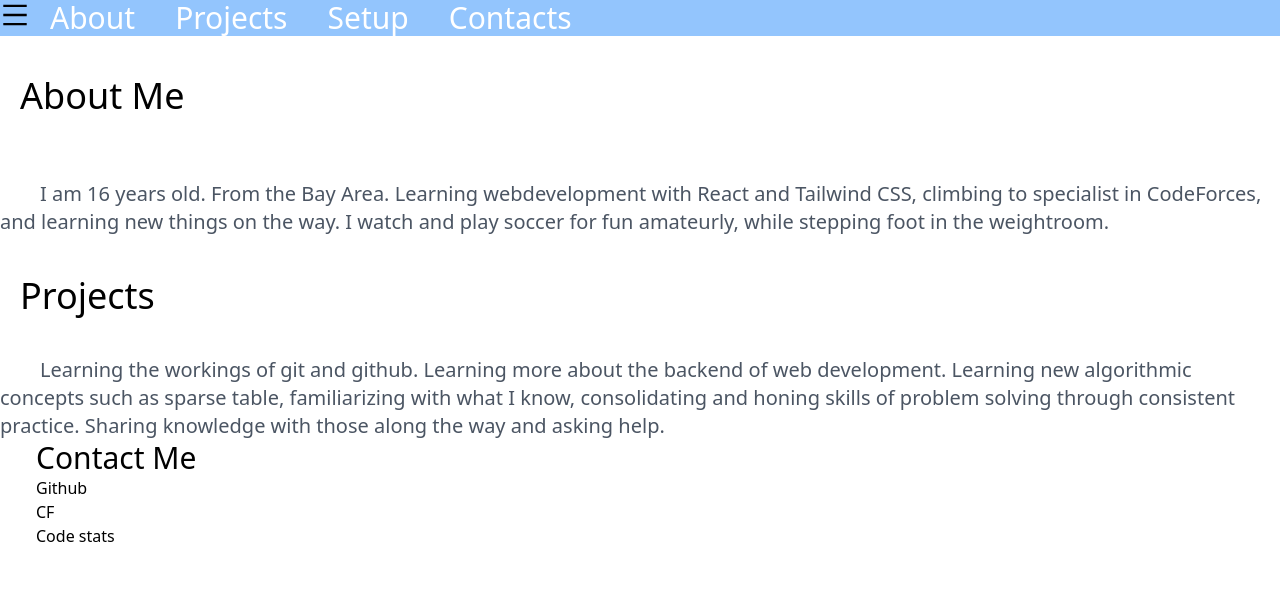
Repository: joshuayanggithub/joshua-yang-website
Page: /
An editor plug-in stored every save of this project. The page is shown before and after the next save, followed by the edit.
The browser window is 1280 px wide. The pictures show the whole page.
The project was rebuilt for these pictures with package versions that can differ from the ones it lists, and the page was loaded fresh each time.

Above is the page before, as saved 2023-01-07 16:31:32.

After the next save:
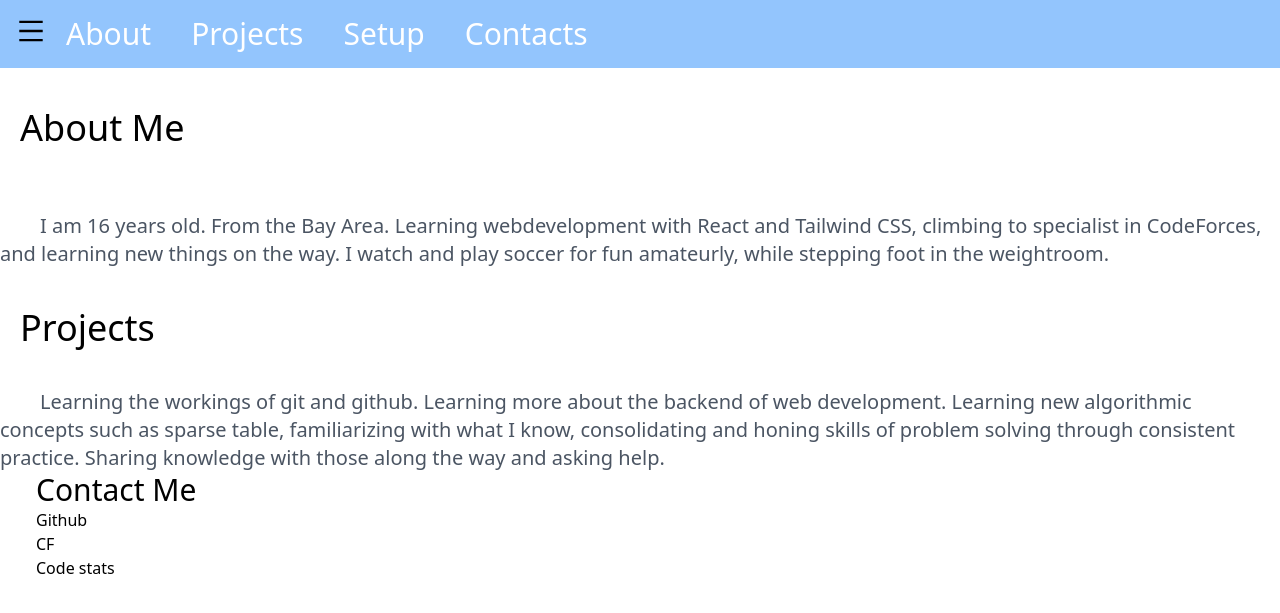
Saved 6 min 49 s later.
--- a/src/components/NavBar.jsx
+++ b/src/components/NavBar.jsx
@@ -10,7 +10,7 @@ const NavBar = () => {
   ]
 
   return (
-    <div class="flex bg-blue-300 w-full">
+    <div class="flex bg-blue-300 w-full p-4">
       <div>
         <AiOutlineMenu size={30}></AiOutlineMenu>
       </div>
